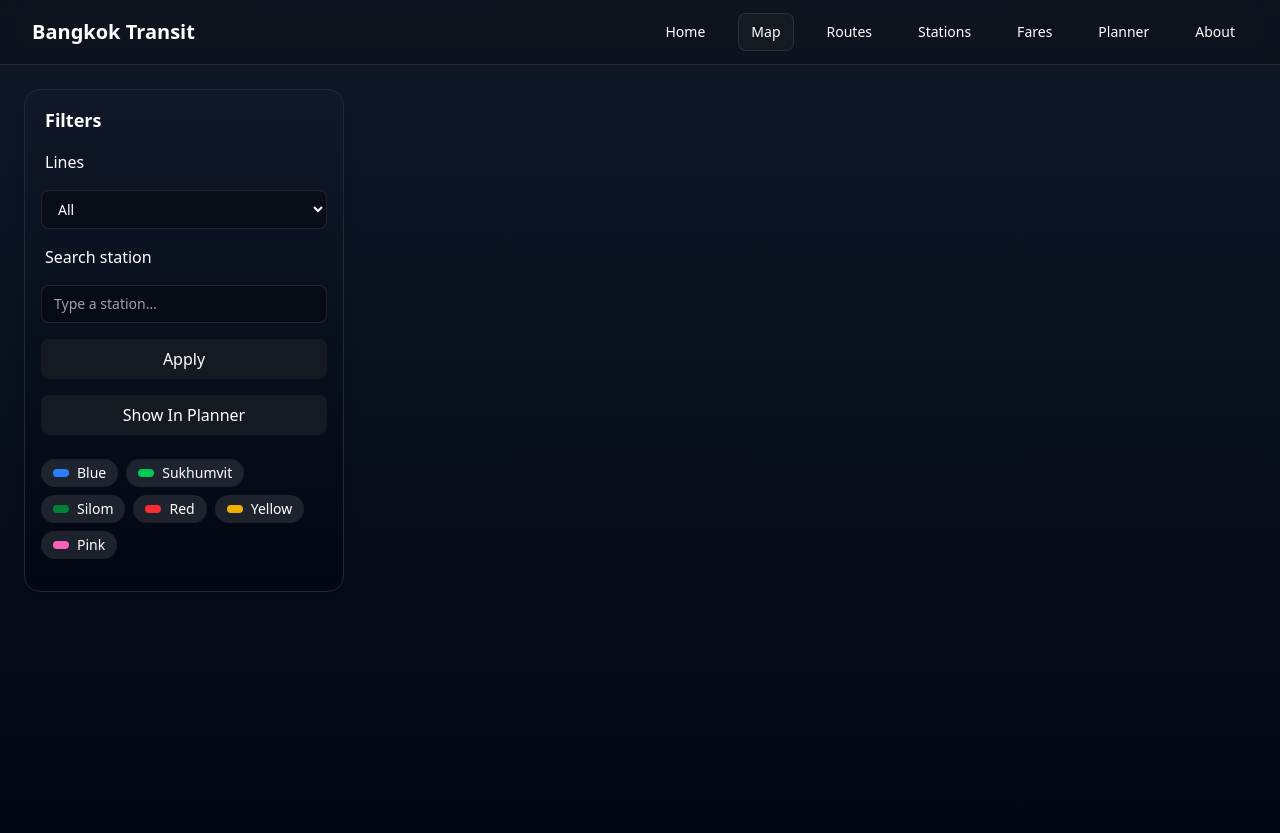
Repository: pyaestk/Bangkok-transit-map
Page: /map
The author's editor kept a copy of each file at every save. The page is drawn from the files as they stood at one save, then again after the next save.
The browser window is 1280 px wide. The pictures show the whole page.
The project was rebuilt for these pictures with package versions that can differ from the ones it lists, and the page was loaded fresh each time. Also part of the build but not shown: vite.config.ts, src/pages/Home.tsx, src/pages/Planner.tsx, src/pages/Stations.tsx, src/pages/TrainRoutes.tsx, src/pages/Fares.tsx, src/pages/About.tsx.

Above is the page before, as saved 2025-10-04 10:43:20.

### index.html
<!doctype html>
<html lang="en">
  <head>
    <meta charset="UTF-8" />
    <link rel="icon" type="image/svg+xml" href="/vite.svg" />
    <meta name="viewport" content="width=device-width, initial-scale=1.0" />
    <title>bangkok-transit-map</title>
  </head>
  <body>
    <div id="root"></div>
    <script type="module" src="/src/main.tsx"></script>
  </body>
</html>

### src/main.tsx
import { StrictMode } from 'react'
import { createRoot } from 'react-dom/client'
import './index.css'
import App from './App.tsx'
import { BrowserRouter as Router } from 'react-router'

createRoot(document.getElementById('root')!).render(
  <StrictMode>
    <Router>
      <App />
    </Router>
  </StrictMode>,
)

### src/App.tsx
import "./App.css";
import NavBar from "./component/NavBar";
import { Routes, Route } from "react-router-dom";
import Home from "./pages/Home";
import Map from "./pages/Map";
import Planner from "./pages/Planner";
import Stations from "./pages/Stations";
import TrainRoutes from "./pages/TrainRoutes";
import Fares from "./pages/Fares";
import About from "./pages/About";


function App() {
  return (
    <div className="min-h-screen flex flex-col bg-gradient-to-b from-gray-900 to-gray-950">
      {/* Navbar at the top */}
      <NavBar />

      {/* Main content area */}
      <main className="flex-1 p-6">
        <Routes>
          <Route
            path="/"
            element={ <Home/> }
          />
          <Route
            path="/map"
            element={ <Map/> }
          />
          <Route
            path="/planner"
            element={ <Planner/>}
          />
          <Route
            path="/routes"
            element={<TrainRoutes/>}
          />
          <Route
            path="/stations"
            element={<Stations/>}
          />
          <Route
            path="/fares"
            element={<Fares/>}
          />
          <Route
            path="/about"
            element={<About/>}
          />
        </Routes>
      </main>
    </div>
  );
}

export default App;

### src/App.css
@import "tailwindcss";

:root {
  background: #0a0a0a;
}

### src/component/NavBar.tsx
import { NavLink } from "react-router-dom";
import { useState } from "react";

function NavBar() {
  const [open, setOpen] = useState(false);

  const baseClasses =
    "px-3 py-2 text-sm border border-transparent block text-center";
  const inactiveClasses = "text-white transition-colors";
  const activeClasses = "bg-[#151922] border rounded-lg text-white border-white/10";

  const links = [
    { to: "/", label: "Home" },
    { to: "/map", label: "Map" },
    { to: "/routes", label: "Routes" },
    { to: "/stations", label: "Stations" },
    { to: "/fares", label: "Fares" },
    { to: "/planner", label: "Planner" },
    { to: "/about", label: "About" },
  ];

  return (
    <nav className="sticky top-0 z-50 bg-[#0a0a0a4d] border-b border-white/10 backdrop-blur-[8px]">
      <div className="max-w-7xl mx-auto px-4 sm:px-6 lg:px-8">
        <div className="flex items-center justify-between h-16">
          {/* Left side (Logo / Brand) */}
          <div className="flex-shrink-0 text-white text-xl font-bold">
            Bangkok Transit
          </div>

          {/* Desktop links */}
          <div className="hidden md:flex space-x-5">
            {links.map((l) => (
              <NavLink
                key={l.to}
                to={l.to}
                className={({ isActive }) =>
                  `${baseClasses} ${isActive ? activeClasses : inactiveClasses}`
                }
              >
                {l.label}
              </NavLink>
            ))}
          </div>

          {/* Mobile hamburger button */}
          <div className="md:hidden">
            <button
              aria-label="Toggle menu"
              onClick={() => setOpen((s) => !s)}
              className="inline-flex items-center justify-center p-2 rounded-md text-white hover:bg-white/5 focus:outline-none focus:ring-2 focus:ring-white"
            >
              <span className="sr-only">Open main menu</span>
              {/* Hamburger / X icon */}
              <svg
                className={`h-6 w-6 ${open ? "hidden" : "block"}`}
                xmlns="http://www.w3.org/2000/svg"
                fill="none"
                viewBox="0 0 24 24"
                strokeWidth={2}
                stroke="currentColor"
                aria-hidden="true"
              >
                <path
                  strokeLinecap="round"
                  strokeLinejoin="round"
                  d="M3 6h18M3 12h18M3 18h18"
                />
              </svg>
              <svg
                className={`h-6 w-6 ${open ? "block" : "hidden"}`}
                xmlns="http://www.w3.org/2000/svg"
                fill="none"
                viewBox="0 0 24 24"
                strokeWidth={2}
                stroke="currentColor"
                aria-hidden="true"
              >
                <path
                  strokeLinecap="round"
                  strokeLinejoin="round"
                  d="M6 18L18 6M6 6l12 12"
                />
              </svg>
            </button>
          </div>
        </div>
      </div>

      {/* Mobile menu, shown when open is true */}
      <div className={`md:hidden ${open ? "block" : "hidden"} `}>
        <div className="px-2 pt-2 pb-3 space-y-1">
          {links.map((l) => (
            <NavLink
              key={l.to}
              to={l.to}
              onClick={() => setOpen(false)}
              className={({ isActive }) =>
                `${baseClasses} ${isActive ? activeClasses : inactiveClasses}`
              }
            >
              {l.label}
            </NavLink>
          ))}
        </div>
      </div>
    </nav>
  );
}

export default NavBar;

### src/pages/Map.tsx
import FiltersCard from "../component/FiltersCard";

export default function Map() {
  return (
    <div className="min-h-screen">
      <FiltersCard/>
    </div>
  )
}

### src/component/FiltersCard.tsx
export default function FiltersCard() {
  return (
    <div className="p-4 rounded-2xl bg-gradient-to-b from-gray-900 to-gray-950 border border-gray-800 shadow-lg w-80 text-white">
      <h2 className="text-lg font-bold mb-4 mx-1">Filters</h2>

      {/* Lines */}
      <label className="block my-4 mx-1">Lines</label>
      <select className="w-full px-3 py-2 rounded-lg bg-black/30 border border-white/10 focus:outline-none text-sm">
        <option>All</option>
        <option>Blue</option>
        <option>Red</option>
        <option>Yellow</option>
      </select>

      {/* Search station */}
      <label className="block my-4 mx-1">Search station</label>
      <input
        type="text"
        placeholder="Type a station…"
        className="w-full text-sm px-3 py-2 rounded-lg bg-black/30 border border-white/10 placeholder-gray-400 focus:outline-none"
      />

      {/* Buttons */}
      <div className="flex flex-col space-y-4 mt-4">
        <button className="px-4 py-2 rounded-lg bg-[#151922] text-white hover:bg-white/10">
          Apply
        </button>
        <button className="px-4 py-2 rounded-lg bg-[#151922] text-white hover:bg-white/10">
          Show In Planner
        </button>
      </div>

      {/* Line Pills */}
      <div className="flex flex-wrap gap-2 mt-6 mb-4 text-sm">
        <span className="flex items-center px-3 py-1 rounded-full bg-white/10">
          <span className="w-4 h-2 rounded-full bg-blue-500 mr-2"></span>
          Blue
        </span>
        <span className="flex items-center px-3 py-1 rounded-full bg-white/10">
          <span className="w-4 h-2 rounded-full bg-green-500 mr-2"></span>
          Sukhumvit
        </span>
        <span className="flex items-center px-3 py-1 rounded-full bg-white/10">
          <span className="w-4 h-2 rounded-full bg-green-700 mr-2"></span>
          Silom
        </span>
        <span className="flex items-center px-3 py-1 rounded-full bg-white/10">
          <span className="w-4 h-2 rounded-full bg-red-500 mr-2"></span> Red
        </span>
        <span className="flex items-center px-3 py-1 rounded-full bg-white/10">
          <span className="w-4 h-2 rounded-full bg-yellow-500 mr-2"></span>{" "}
          Yellow
        </span>
        <span className="flex items-center px-3 py-1 rounded-full bg-white/10">
          <span className="w-4 h-2 rounded-full bg-pink-400 mr-2"></span> Pink
        </span>
      </div>
    </div>
  );
}

Loaded but not shown: src/index.css (common file)

After the next save:
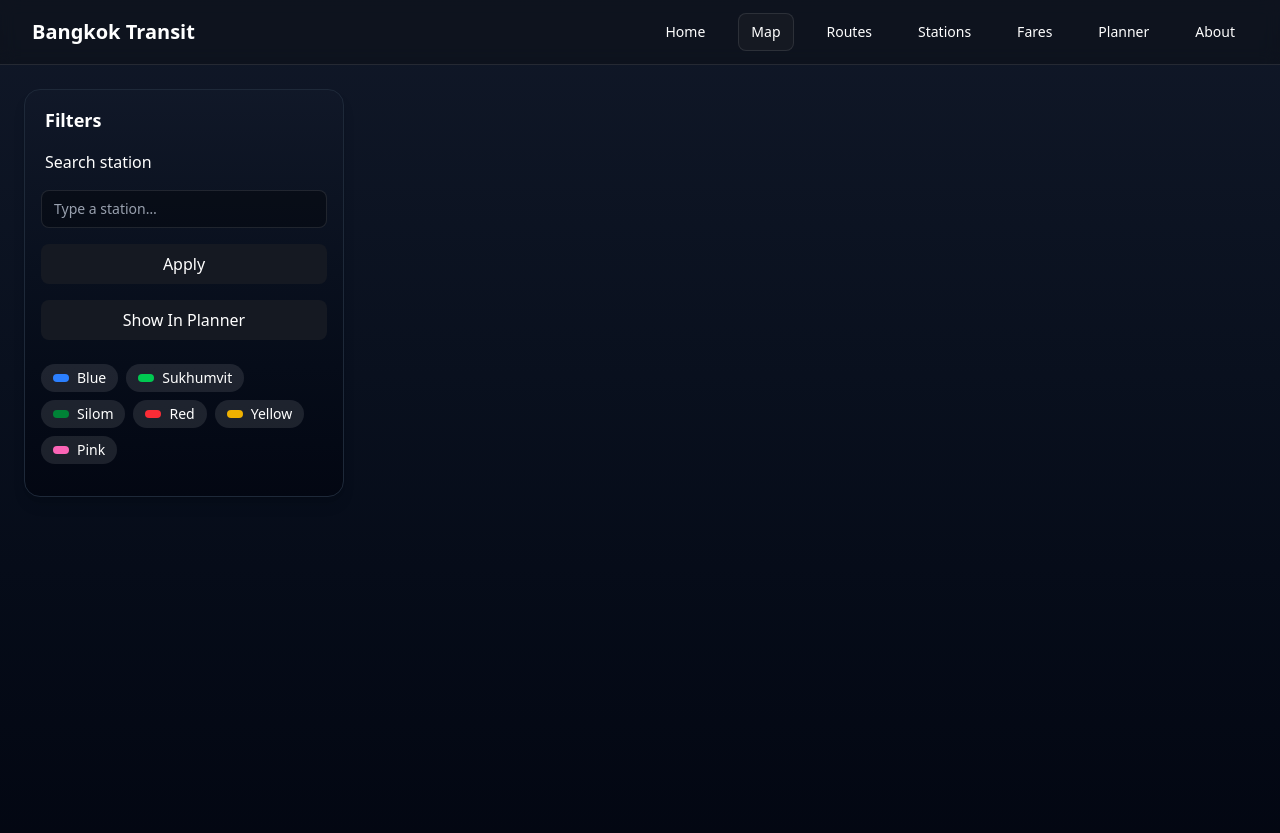
Saved 8 s later.
--- a/src/component/FiltersCard.tsx
+++ b/src/component/FiltersCard.tsx
@@ -4,13 +4,13 @@ export default function FiltersCard() {
       <h2 className="text-lg font-bold mb-4 mx-1">Filters</h2>
 
       {/* Lines */}
-      <label className="block my-4 mx-1">Lines</label>
+      {/* <label className="block my-4 mx-1">Lines</label>
       <select className="w-full px-3 py-2 rounded-lg bg-black/30 border border-white/10 focus:outline-none text-sm">
         <option>All</option>
         <option>Blue</option>
         <option>Red</option>
         <option>Yellow</option>
-      </select>
+      </select> */}
 
       {/* Search station */}
       <label className="block my-4 mx-1">Search station</label>
